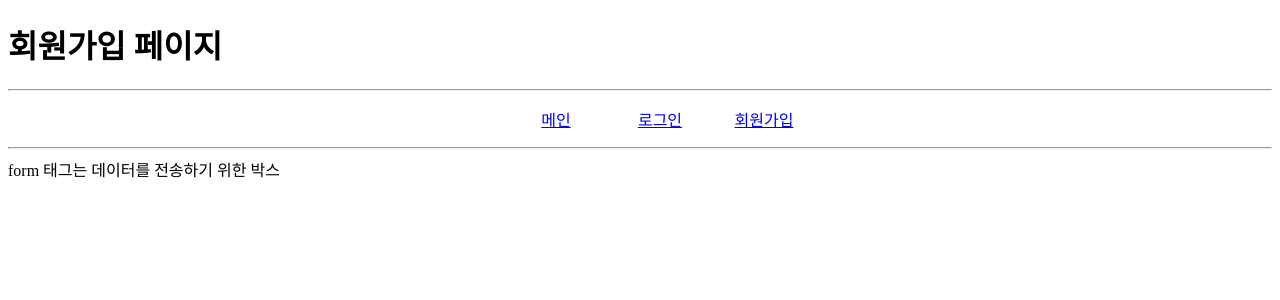
Repository: codingspecialist/jsp-weekend
Page: http://localhost/cos/join.jsp
The author's editor kept a copy of each file at every save. The page is drawn from the files as they stood at one save, then again after the next save.
The browser window is 1280 px wide. The pictures show the whole page.
The page is served by Tomcat 9.

Above is the page before, as saved 2020-08-22 02:45:07.

After the next save:
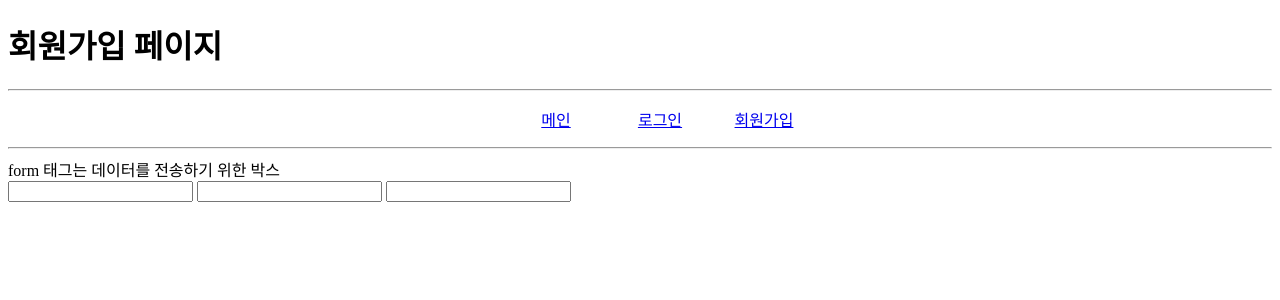
Saved 2 min 33 s later.
--- a/cos/WebContent/join.jsp
+++ b/cos/WebContent/join.jsp
@@ -27,7 +27,9 @@
 <hr/>
 form 태그는 데이터를 전송하기 위한 박스
 <form>
-
+	<input type="text" name="username" />
+	<input type="password" name="password" />
+	<input type="email" name="email" />
 </form>
 
 </body>
